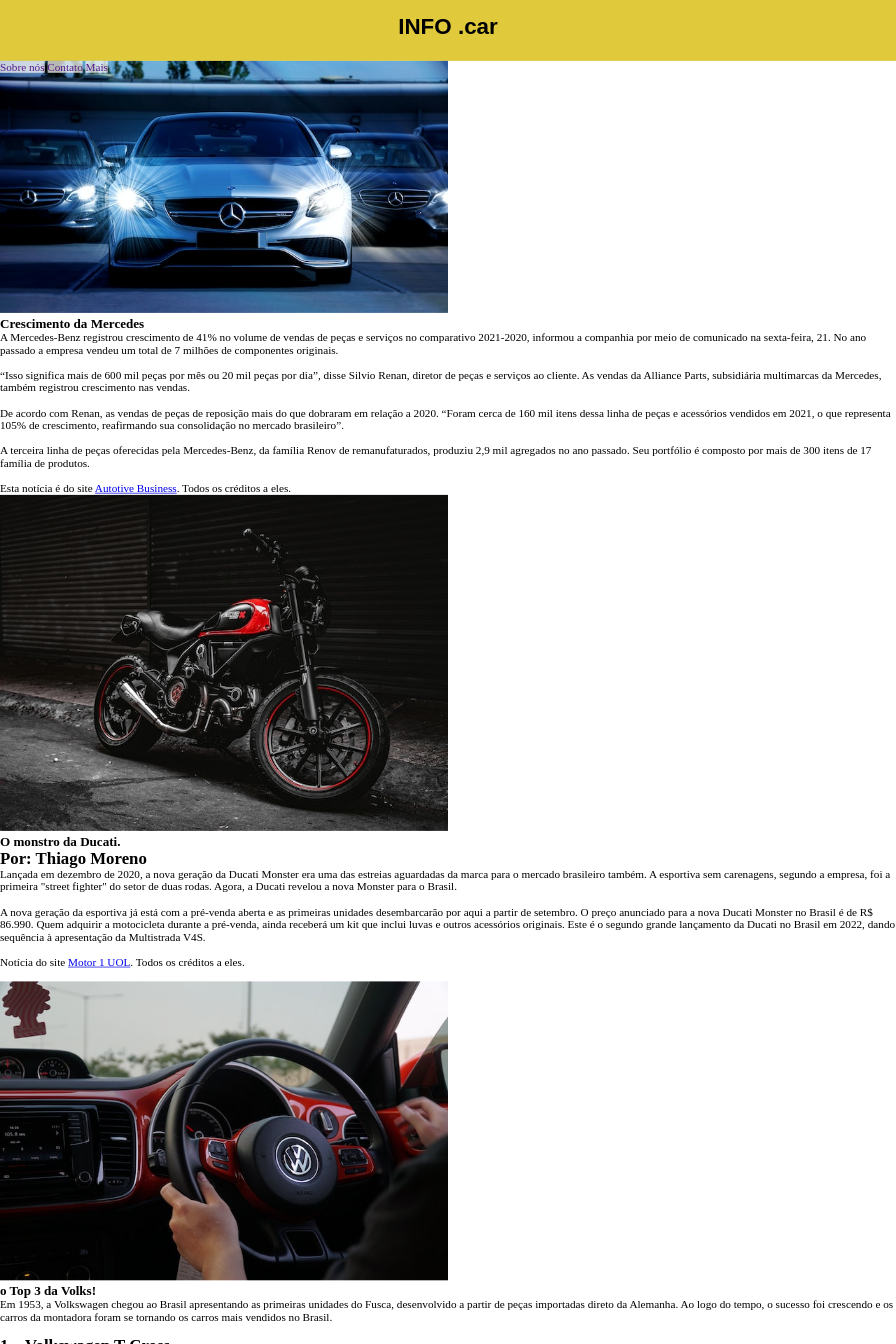
Repository: Leonngc/projeto-info.car
Page: index.html
An editor plug-in stored every save of this project. The page is shown before and after the next save, followed by the edit.
The browser window is 1280 px wide. The pictures show the part of the page from y = 0 to 1920 px (the page is 3280 px tall before and 3404 px after), at 70% of full size.
Some web fonts or font styles are not loaded; a fallback is used.

Above is the page before, as saved 2022-10-30 12:42:08.

After the next save:
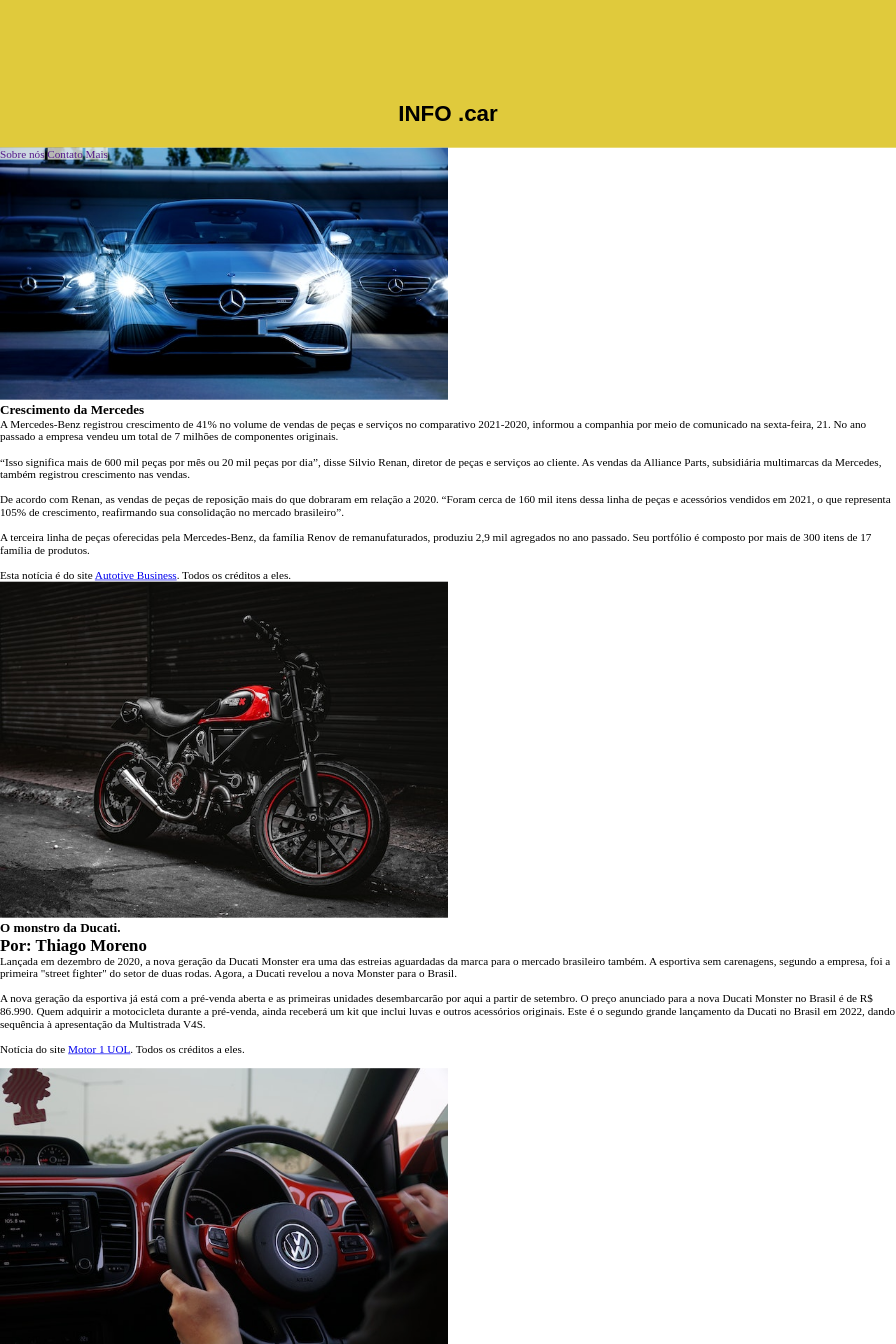
Saved 9 s later.
--- a/style.css
+++ b/style.css
@@ -8,7 +8,7 @@
 
 header{
     padding: 30px;
-    padding-top: 20px;
+    padding-top: 20vh;
     background-color: rgb(224, 202, 60);
 }
 
